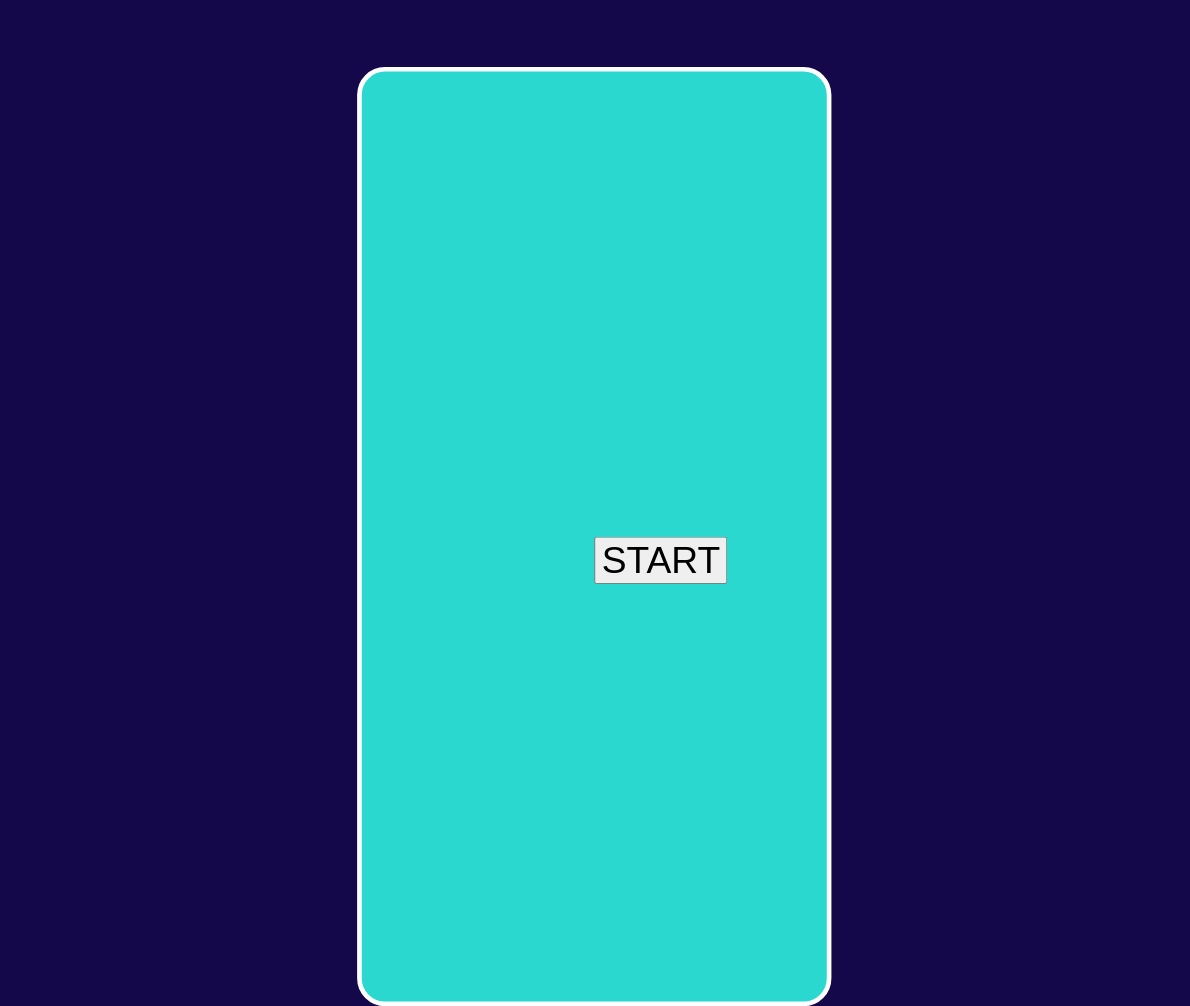
Repository: 1000sky/Inorganic_chemistry_application
Page: http://localhost/start
The author's editor kept a copy of each file at every save. The page is drawn from the files as they stood at one save, then again after the next save.
The browser window is 1280 px wide. The pictures show the whole page, at 93% of full size.
The page is served by the project's Laravel application, run on PHP 8.4 with Laravel 8. A made-up administrator, Test User (test@example.com), is signed in. Other server files are loaded and not shown.

Above is the page before, as saved 2022-07-12 10:13:45.

### application/routes/web.php
<?php

use Illuminate\Support\Facades\Route;

/*
|--------------------------------------------------------------------------
| Web Routes
|--------------------------------------------------------------------------
|
| Here is where you can register web routes for your application. These
| routes are loaded by the RouteServiceProvider within a group which
| contains the "web" middleware group. Now create something great!
|
*/

Route::get('/home', function () {
    return view('welcome');
});

Route::get('/', function () {
    return view('index');
});

Route::get('/start', function () {
    return view('/start');
});

### application/resources/views/start.blade.php
<!DOCTYPE html>
<html lang="ja">
<head>
    <meta charset="UTF-8">
    <meta name="viewport" content="width=device-width, initial-scale=1.0">
    <meta http-equiv="X-UA-Compatible" content="ie=edge">
    <title>Inorganic_chemistry_application</title>
    <link rel="stylesheet" href="css/reset.css" >
    <link rel="stylesheet" href="css/start.css" />
</head>
<body>
    <div class=card>
        <button class=start_button onclick="location.href='/'">START</button>
    </div>

### application/public/css/start.css
body {
    background-color: rgb(20, 8, 75);
}

.card {
  position: absolute;
  top: 10%;
  left: 30%;
  width: 500px;
  height: 1000px;
  background-color: rgb(42, 216, 208);
  border: solid 5px white;
  border-radius: 30px;
}

.start_button {
  font-size: 2.5rem;
  position: absolute;
  top: 50%;
  left: 50%;
}

Loaded but not shown: application/app/Models/User.php (common file); application/public/css/reset.css (common file)

After the next save:
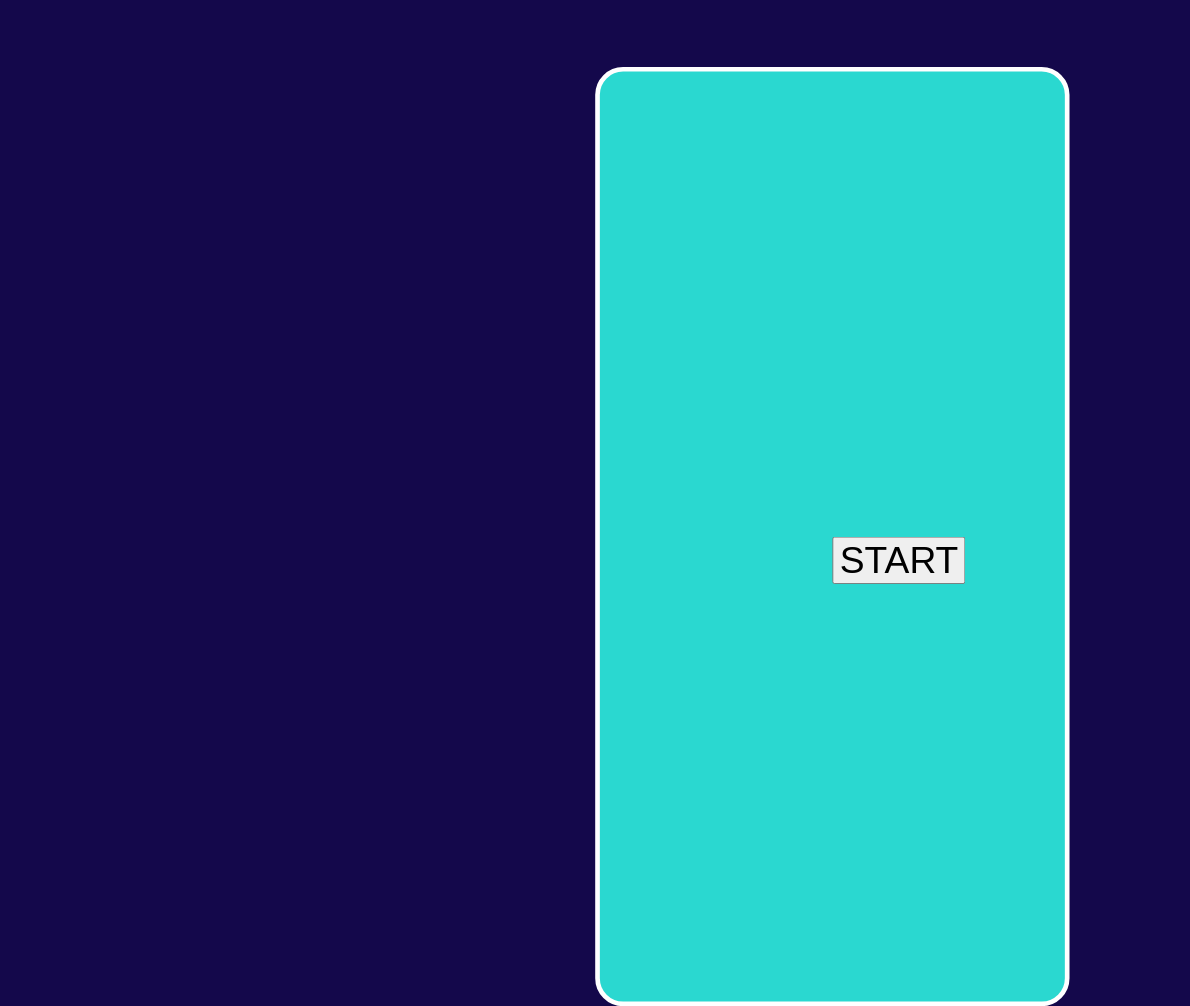
Saved 26 s later.
--- a/application/public/css/start.css
+++ b/application/public/css/start.css
@@ -5,7 +5,7 @@
 .card {
   position: absolute;
   top: 10%;
-  left: 30%;
+  left:50%;
   width: 500px;
   height: 1000px;
   background-color: rgb(42, 216, 208);

After the save that followed:
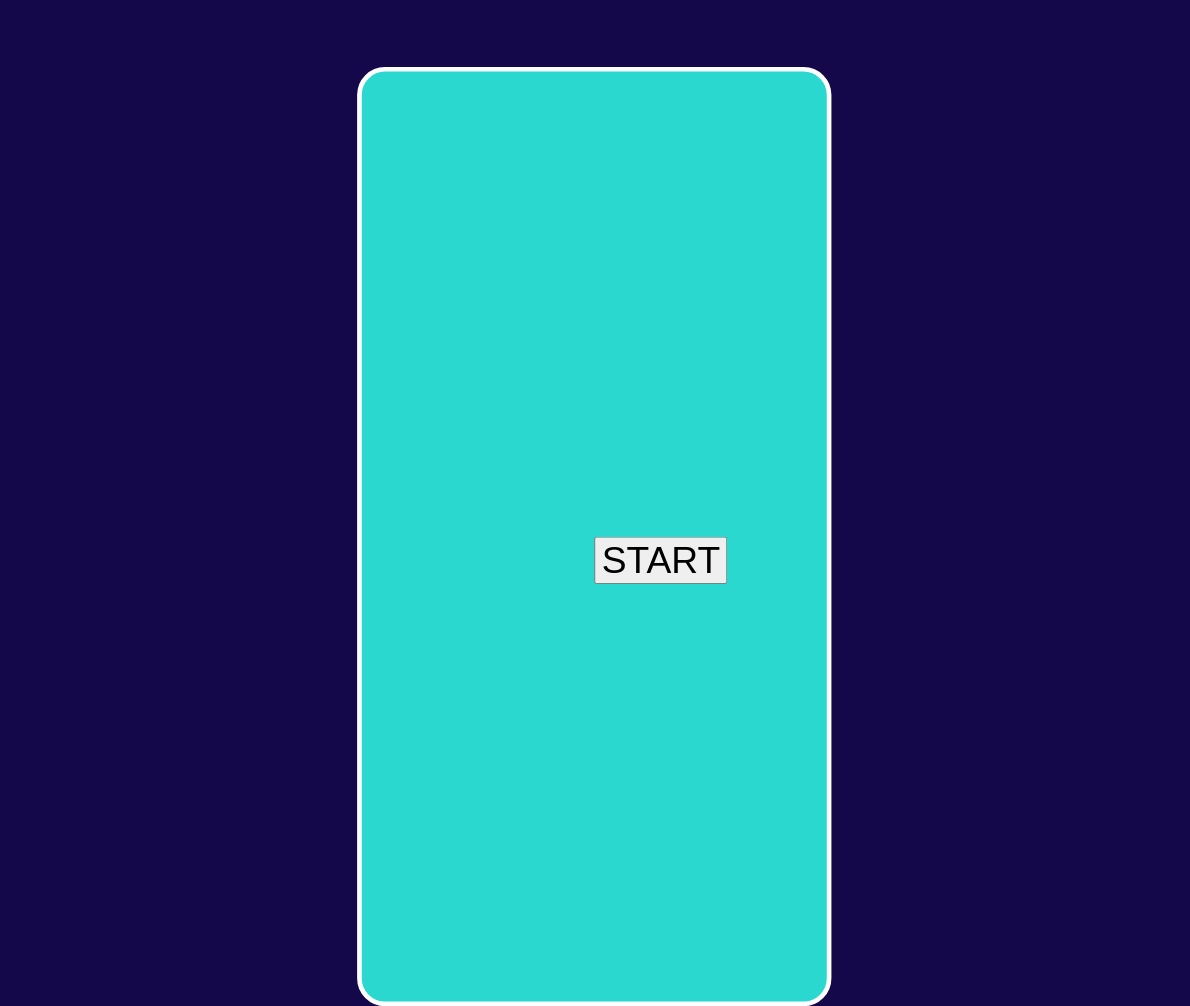
Saved 21 s later.
--- a/application/public/css/start.css
+++ b/application/public/css/start.css
@@ -5,7 +5,7 @@
 .card {
   position: absolute;
   top: 10%;
-  left:50%;
+  left:30%;
   width: 500px;
   height: 1000px;
   background-color: rgb(42, 216, 208);
